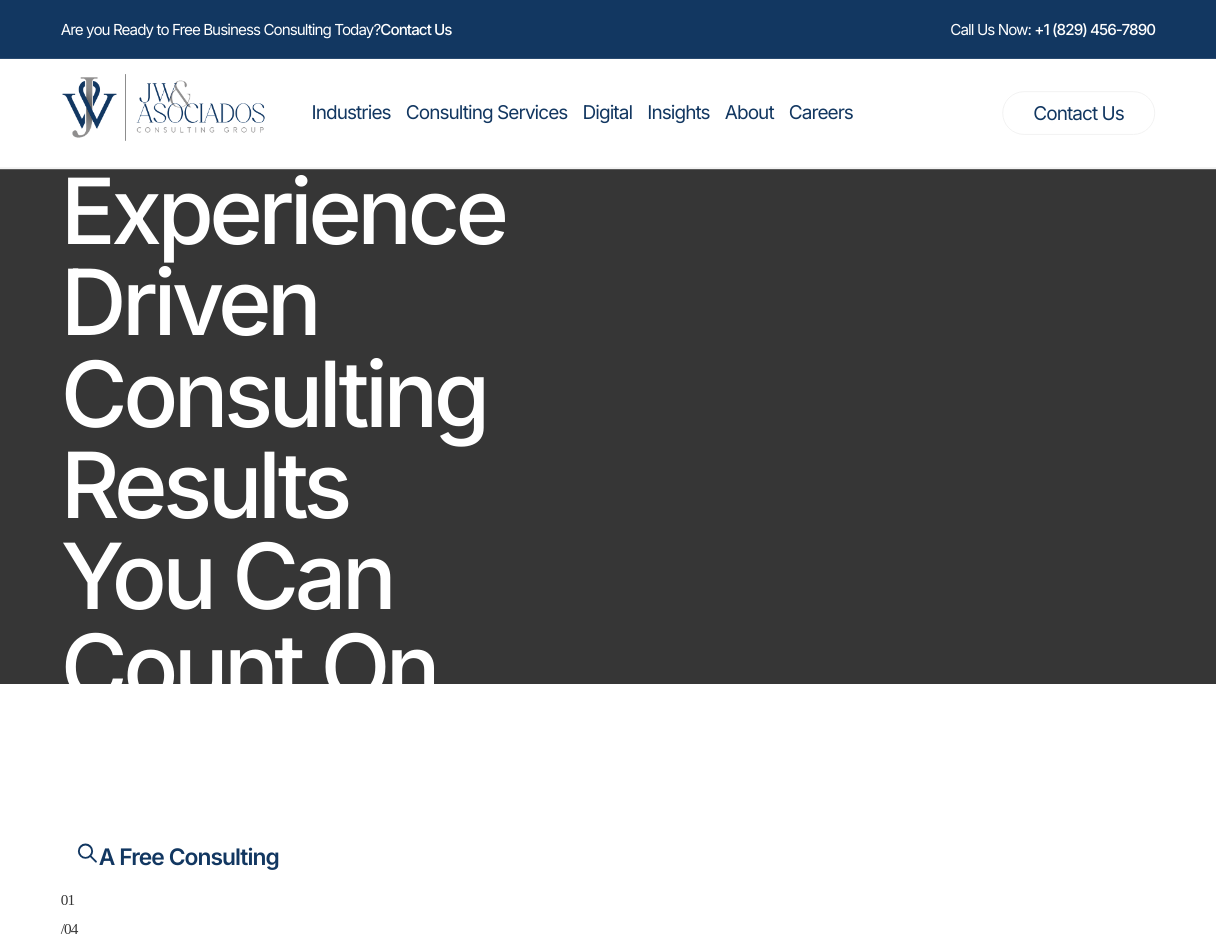
Repository: June-t/jwsyasociados
Page: /
The author's editor kept a copy of each file at every save. The page is drawn from the files as they stood at one save, then again after the next save.
The browser window is 1280 px wide. The pictures show the whole page, at 95% of full size.
The project was rebuilt for these pictures with package versions that can differ from the ones it lists, and the page was loaded fresh each time. The framework's server and built-in components were replaced by stand-ins that run in the browser. Also part of the build but not shown: next.config.ts.

Above is the page before, as saved 2025-10-22 16:01:46.

### src/app/layout.tsx
import type { Metadata } from "next";
import { Inter } from "next/font/google";
// Styles
// @ts-ignore
import "../app/style/main.css";

import Footer from "@/app/common/Footer";
import Header from "@/app/common/Header";

const inter = Inter({ subsets: ["latin"], variable: "--font-inter" });

export const metadata: Metadata = {
  title: "Create Next App",
  description: "Generated by create next app",
};

export default function RootLayout({
  children,
}: Readonly<{
  children: React.ReactNode;
}>) {
  return (
    <html lang='en'>
      <body className={`${inter.variable} antialiased`}>
        <Header />
        <main className='wrapper'>{children}</main>
        <Footer />
      </body>
    </html>
  );
}

### src/app/page.tsx
import { IconSearch } from "@tabler/icons-react";

export default function Main() {
  return (
    <>
      <section className='main__hero'>
        <div className='hero__slider'>
          <span>Smarter Strategies Stronger Businesses</span>
          <h1>
            Experience Driven <br /> Consulting Results <br /> You Can Count On
          </h1>
          <p>
            Whether you're Icmng to streamline operations, scale sustainably, or
            navigate complex challenges, our consulting services are built to
            deliver measurable results and long-term impact & hands support.
          </p>
          <a href='#'>
            <i>
              <IconSearch />
            </i>
            A Free Consulting
          </a>
        </div>
        <div className='hero__progress'>
          <div className='progress__status'>
            <span>01</span>
          </div>
          <div className='progress__line' />
          <div className='progress__total'>
            <span>/04</span>
          </div>
        </div>
      </section>
      <section className='main__about'></section>
      <section className='main__services'></section>
      <section className='main__clients'></section>
      <section className='main__work'></section>
      <section className='main__team'></section>
      <section className='main__contact'></section>
    </>
  );
}

### src/app/style/main.css
/* SETTINGS */
@import "./settings/_settings.import.css";

/* TOOLS  */
@import "./tools/_tools.import.css";

/* GENERIC  */
@import "./generic/_generic.import.css";

/* ELEMENTS  */
@import "./elements/_elements.import.css";

/* OBJECTS  */
@import "./objects/_objects.import.css";

/* COMPONENTS  */
@import "./components/_components.import.css";

/* PAGES  */
@import "./pages/_pages.import.css";

/* TRUMPS  */
@import "./trumps/_trumps.css";

### src/app/common/Footer.tsx
export default function Footer() {
  return <footer className='footer'></footer>;
}

### src/app/common/Header.tsx
import Logo from "@/app/assets/logo.png";
export default function Header() {
  return (
    <header className='header'>
      <div className='header__banner'>
        <span>
          Are you Ready to Free Business Consulting Today?
          <a href='#'>Contact Us</a>
        </span>
        <span>
          Call Us Now: <a>+1 (829) 456-7890</a>
        </span>
      </div>
      <div className='header__navegation'>
        <div className='header__logo'>
          <img src={Logo.src} alt='JWS Y Asociados Logo' />
        </div>
        <div className='header__nav'>
          <ul className='header__nav-list'>
            <li className='header__nav-item'>
              <a href='#'>Industries</a>
            </li>
            <li className='header__nav-item'>
              <a href='#'>Consulting Services</a>
            </li>
            <li className='header__nav-item'>
              <a href='#'>Digital</a>
            </li>
            <li className='header__nav-item'>
              <a href='#'>Insights</a>
            </li>
            <li className='header__nav-item'>
              <a href='#'>About</a>
            </li>
            <li className='header__nav-item'>
              <a href='#'>Careers</a>
            </li>
          </ul>
        </div>
        <div className='header__menu'>
          <button className='btn__primary'>Contact Us</button>
          <div className='btn__menu'></div>
        </div>
      </div>
    </header>
  );
}

### src/app/style/settings/_settings.import.css
@import "./_variables.css";

### src/app/style/tools/_tools.import.css
@import "./_mixins.css";

### src/app/style/generic/_generic.import.css
@import "./_base.css";
@import "./_reset.css";

### src/app/style/elements/_elements.import.css
@import "./_articles.css";

### src/app/style/objects/_objects.import.css
@import "./_object.css";

### src/app/style/components/_components.import.css
@import "./_header.css";
@import "./_footer.css";

### src/app/style/pages/_pages.import.css
@import "./_home.css";

### src/app/style/settings/_variables.css
:root {
  /* colors primary */
  --primary: #123761;
  /* colors */
  --white: #fff;
  --black: #363636;
  --gray: #8e8e8e;
  /* space */
  --wrapper-space: clamp(20px, 5vw, 100px); /* Min: 20px, Max: 200px */
  --wrapper-space-articles: 40dvh; /* Min: 20px, Max: 40dvh */
  --wrapper-space-article: 40dvh;
  --max-width: 135rem;
  /* weight */
  --w-light: 300;
  --w-regular: 400;
  --w-medium: 500;
  --w-semibold: 600;
  --w-bold: 700;
  /* z-index */
  --top: 999;
  /* font-size */
  --junicode: "Junicode VF";
  --helvetica: "Helvetica";
  /* Tipografía responsiva (sin breakpoints manuales) */
  --f-smallest: clamp(12px, 1vw + 14px, 16px); /* Min: 12px, Max: 18px */
  --f-small: clamp(14px, 1vw + 16px, 20px); /* Min: 14px, Max: 20px */
  --f-medium: clamp(16px, 1vw + 18px, 24px); /* Min: 16px, Max: 24px */
  --f-large: clamp(20px, 1.5vw + 20px, 32px); /* Min: 20px, Max: 32px */
  --f-xlarge: clamp(24px, 2vw + 24px, 40px); /* Min: 24px, Max: 40px */
  --f-xxlarge: clamp(48px, 3vw + 48px, 62px); /* Min: 48px, Max: 96px */
}

:root {
  --wrapper-space-articles: 40dvh;
  --wrapper-space-article: 40dvh;

  @media (width <= 576px) {
    --wrapper-space-articles: 2dvh;
    --wrapper-space-article: 2dvh;
  }
  @media (577px <= width <= 768px) {
    --wrapper-space-articles: 3dvh;
    --wrapper-space-article: 3dvh;
  }
  @media (769px <= width <= 992px) {
    --wrapper-space-articles: 10dvh;
    --wrapper-space-article: 10dvh;
  }

  @media (993px <= width <= 1200px) {
    --wrapper-space-articles: 10dvh;
    --wrapper-space-article: 10dvh;
  }

  @media (1201 <= width <= 1600px) {
    --wrapper-space-articles: 25dvh;
    --wrapper-space-article: 25dvh;
  }

  @media (width > 1601px) {
    --wrapper-space-articles: 40dvh;
    --wrapper-space-article: 60dvh;
  }
}

### src/app/style/tools/_mixins.css
/* Extra pequeños dispositivos (móviles, hasta 576px) */
@media (width <= 576px) {
}

/* Dispositivos pequeños (móviles grandes, entre 577px y 768px) */
@media (577px <= width <= 768px) {
}

/* Dispositivos medianos (tablets, entre 769px y 992px) */
@media (769px <= width <= 992px) {
}

/* Dispositivos grandes (desktops, entre 993px y 1200px) */
@media (993px <= width <= 1200px) {
}

/* Dispositivos extra grandes (desktops grandes, más de 1200px) */
@media (width > 1200px) {
}

### src/app/style/generic/_base.css
* {
  box-sizing: border-box;
  line-height: 30px;
  letter-spacing: -1px;
}

html,
body {
  height: auto;
  color: var(--black);
}
.wrapper {
  height: auto;
}

### src/app/style/elements/_articles.css
.lastest__content,
.news__square,
.outstanding__aside,
.news__section {
  a {
    &:hover {
      img,
      .flex {
        opacity: 0.5;
        transition: opacity ease-in-out 0.1s;
      }
      h3 {
        color: #868686 !important;
        transition: color ease-in-out 0.1s;
      }
    }
  }
}

.content__item {
  display: flex;
  flex-direction: column;
  grid-gap: 1rem;

  .item__image {
    display: flex;

    a {
      width: 100%;
    }

    img {
      height: 30dvh;
      width: 100%;
      object-fit: cover;
      border-radius: 10px;
      transition: opacity ease-in-out 0.1s;
    }
  }

  .item__information {
    display: flex;
    flex-direction: column;
    grid-gap: 10px;

    h3 {
      font-family: var(--junicode);
      font-weight: var(--w-bold);
      letter-spacing: -0.05em;
      color: var(--black);
      font-size: var(--f-large);
      line-height: 90%;
      transition: color ease-in-out 0.1s;
    }

    p {
      font-weight: var(--w-regular);
      color: #8e8e8e;
      font-size: var(--f-smallest);

      /* Clip */

      overflow: hidden;
      text-overflow: ellipsis;
      white-space: normal;
      word-break: break-word;
      line-height: 1.3;
      max-height: calc(1.3em * 2);
    }
  }
}

### src/app/style/objects/_object.css
.label {
  display: flex;
  grid-gap: 5px;

  .label__category {
    font-weight: var(--w-medium);
    font-size: var(--f-smallest);
    color: var(--primary);
  }

  .label__divider {
    display: flex;
    align-items: center;
    color: var(--primary);
  }

  .label__time {
    font-weight: var(--w-regular);
    font-size: var(--f-smallest);
    color: var(--primary);
  }
}

.seemore {
  display: flex;
  align-items: center;
}

### src/app/style/components/_header.css
.header {
  border-bottom: 2px solid #f2f2f2;
  background: var(--white);
  position: absolute;
  width: 100%;

  .header__banner {
    background: var(--primary);
    padding-inline: var(--wrapper-space);
    padding-block: 1rem;
    display: flex;
    justify-content: space-between;

    span {
      font-family: var(--font-inter);
      font-weight: var(--w-regular);
      font-size: var(--f-smallest);
      color: var(--white);
      grid-gap: 10px;

      a {
        font-family: var(--font-inter);
        font-weight: var(--w-medium);
        font-size: var(--f-smallest);
        color: var(--white);
      }
    }
  }

  .header__navegation {
    display: grid;
    grid-template-columns: max-content 1fr max-content;
    padding-inline: var(--wrapper-space);
    padding-block: 1rem;
    grid-gap: 3rem;

    .header__logo {
      img {
        width: 30dvh;
      }
    }

    .header__nav {
      .header__nav-list {
        list-style: none;
        display: flex;
        grid-gap: 1rem;
        padding: 0px;
        margin: 0px;
        height: 100%;
        align-items: center;
        justify-content: flex-start;

        .header__nav-item {
          a {
            font-weight: var(--w-regular);
            font-size: var(--f-small);
            color: var(--primary);
            font-family: var(--font-inter);
          }
        }
      }
    }

    .header__menu {
      display: flex;
      justify-content: center;
      align-items: center;

      .btn__primary {
        color: var(--primary);
        background: #0000;
        border: 1px solid #f2f2f2;
        border-radius: 2rem;
        padding: 0.8rem 2rem;
        font-family: "Inter";
        font-weight: var(--w-regular);
        font-size: var(--f-small);
        line-height: 19px;
        letter-spacing: -0.05em;
      }
    }
  }
}

### src/app/style/pages/_home.css
.main__hero {
  height: 100dvh;
  padding-inline: var(--wrapper-space);
  background: var(--black);
  padding-top: 20dvh;
  padding-bottom: 10dvh;
  display: grid;
  grid-template-rows: 1fr max-content;

  .hero__slider {
    display: flex;
    flex-direction: column;
    justify-content: center;
    width: 50%;

    h1 {
      font-family: var(--font-inter);
      font-style: normal;
      font-weight: 500;
      font-size: 96px;
      line-height: 100%;
      letter-spacing: -0.05em;
      color: var(--white);
    }

    span {
      font-family: var(--font-inter);
      font-weight: var(--w-medium);
      font-size: var(--f-large);
      color: var(--white);
    }

    p {
      font-family: var(--font-inter);
      font-size: var(--f-medium);
      color: var(--white);
      font-weight: var(--w-light);
    }

    a {
      padding: 1rem;
      background: var(--white);
      border-radius: 5rem;
      font-family: var(--font-inter);
      font-weight: var(--w-semibold);
      font-size: var(--f-medium);
      color: var(--primary);
      width: max-content;
    }
  }
}

### src/app/style/generic/_reset.css
/*! normalize.css v8.0.1 | MIT License | github.com/necolas/normalize.css */

/* Document
   ========================================================================== */

/**
 * 1. Correct the line height in all browsers.
 * 2. Prevent adjustments of font size after orientation changes in iOS.
 */

* {
  margin: 0;
  padding: 0;
  box-sizing: border-box;
}

html {
  line-height: 1.15;
  letter-spacing: -0.05em;
  /* 1 */
  -webkit-text-size-adjust: 100%;
  /* 2 */
}

a:link,
a:visited,
a:active {
  text-decoration: none;
}

iframe {
  border: 0px !important;
}

/* Sections
     ========================================================================== */

/**
   * Remove the margin in all browsers.
   */

body {
  margin: 0;
}

/**
   * Render the `main` element consistently in IE.
   */

main {
  display: block;
}

/**
   * Correct the font size and margin on `h1` elements within `section` and
   * `article` contexts in Chrome, Firefox, and Safari.
   */

blockquote {
  color: var(--white);
}

/* layout.css | http://localhost:3000/_next/static/css/app/layout.css?v=1725121113981 */

/* Grouping content
     ========================================================================== */

/**
   * 1. Add the correct box sizing in Firefox.
   * 2. Show the overflow in Edge and IE.
   */

hr {
  box-sizing: content-box;
  /* 1 */
  height: 0;
  /* 1 */
  overflow: visible;
  /* 2 */
}

/**
   * 1. Correct the inheritance and scaling of font size in all browsers.
   * 2. Correct the odd `em` font sizing in all browsers.
   */

pre {
  font-family: monospace, monospace;
  /* 1 */
  font-size: var(--body);
  /* 2 */
}

/* Text-level semantics
     ========================================================================== */

/**
   * Remove the gray background on active links in IE 10.
   */

a {
  background-color: transparent;
}

/**
   * 1. Remove the bottom border in Chrome 57-
   * 2. Add the correct text decoration in Chrome, Edge, IE, Opera, and Safari.
   */

abbr[title] {
  border-bottom: none;
  /* 1 */
  text-decoration: underline;
  /* 2 */
  text-decoration: underline dotted;
  /* 2 */
}

/**
   * Add the correct font weight in Chrome, Edge, and Safari.
   */

/**
   * 1. Correct the inheritance and scaling of font size in all browsers.
   * 2. Correct the odd `em` font sizing in all browsers.
   */

code,
kbd,
samp {
  font-family: monospace, monospace;
  /* 1 */
  font-size: var(--body);
  /* 2 */
}

/**
   * Add the correct font size in all browsers.
   */

small {
  font-size: 80%;
}

/**
   * Prevent `sub` and `sup` elements from affecting the line height in
   * all browsers.
   */

sub,
sup {
  font-size: 75%;
  line-height: 0;
  position: relative;
  vertical-align: baseline;
}

sub {
  bottom: -0.25em;
}

sup {
  top: -0.5em;
}

/* Embedded content
     ========================================================================== */

/**
   * Remove the border on images inside links in IE 10.
   */

img {
  border-style: none;
}

/* Forms
     ========================================================================== */

/**
   * 1. Change the font styles in all browsers.
   * 2. Remove the margin in Firefox and Safari.
   */

button,
input,
optgroup,
select,
textarea {
  font-family: inherit;
  /* 1 */
  font-size: 100%;
  /* 1 */
  line-height: 1.15;
  /* 1 */
  margin: 0;
  /* 2 */
}

/**
   * Show the overflow in IE.
   * 1. Show the overflow in Edge.
   */

button,
input {
  /* 1 */
  overflow: visible;
}

/**
   * Remove the inheritance of text transform in Edge, Firefox, and IE.
   * 1. Remove the inheritance of text transform in Firefox.
   */

button,
select {
  /* 1 */
  text-transform: none;
}

/**
   * Correct the inability to style clickable types in iOS and Safari.
   */

button,
[type="button"],
[type="reset"],
[type="submit"] {
  -webkit-appearance: button;
}

/**
   * Remove the inner border and padding in Firefox.
   */

button::-moz-focus-inner,
[type="button"]::-moz-focus-inner,
[type="reset"]::-moz-focus-inner,
[type="submit"]::-moz-focus-inner {
  border-style: none;
  padding: 0;
}

/**
   * Restore the focus styles unset by the previous rule.
   */

button:-moz-focusring,
[type="button"]:-moz-focusring,
[type="reset"]:-moz-focusring,
[type="submit"]:-moz-focusring {
  outline: 1px dotted ButtonText;
}

/**
   * Correct the padding in Firefox.
   */

fieldset {
  padding: 0.35em 0.75em 0.625em;
}

/**
   * 1. Correct the text wrapping in Edge and IE.
   * 2. Correct the color inheritance from `fieldset` elements in IE.
   * 3. Remove the padding so developers are not caught out when they zero out
   *    `fieldset` elements in all browsers.
   */

legend {
  box-sizing: border-box;
  /* 1 */
  color: inherit;
  /* 2 */
  display: table;
  /* 1 */
  max-width: 100%;
  /* 1 */
  padding: 0;
  /* 3 */
  white-space: normal;
  /* 1 */
}

/**
   * Add the correct vertical alignment in Chrome, Firefox, and Opera.
   */

progress {
  vertical-align: baseline;
}

/**
   * Remove the default vertical scrollbar in IE 10+.
   */

textarea {
  overflow: auto;
}

/**
   * 1. Add the correct box sizing in IE 10.
   * 2. Remove the padding in IE 10.
   */

[type="checkbox"],
[type="radio"] {
  box-sizing: border-box;
  /* 1 */
  padding: 0;
  /* 2 */
}

/**
   * Correct the cursor style of increment and decrement buttons in Chrome.
   */

[type="number"]::-webkit-inner-spin-button,
[type="number"]::-webkit-outer-spin-button {
  height: auto;
}

/**
   * 1. Correct the odd appearance in Chrome and Safari.
   * 2. Correct the outline style in Safari.
   */

[type="search"] {
  -webkit-appearance: textfield;
  /* 1 */
  outline-offset: -2px;
  /* 2 */
}

/**
   * Remove the inner padding in Chrome and Safari on macOS.
   */

[type="search"]::-webkit-search-decoration {
  -webkit-appearance: none;
}

/**
   * 1. Correct the inability to style clickable types in iOS and Safari.
   * 2. Change font properties to `inherit` in Safari.
   */

::-webkit-file-upload-button {
  -webkit-appearance: button;
  /* 1 */
  font: inherit;
  /* 2 */
}

/* Interactive
     ========================================================================== */

/*
   * Add the correct display in Edge, IE 10+, and Firefox.
   */

details {
  display: block;
}

/*
   * Add the correct display in all browsers.
   */

summary {
  display: list-item;
}

/* Misc
     ========================================================================== */

/**
   * Add the correct display in IE 10+.
   */

template {
  display: none;
}

/**
   * Add the correct display in IE 10.
   */

[hidden] {
  display: none;
}

### src/app/style/components/_footer.css
.footer {
  height: 100%;
  background: var(--black);
  display: grid;
  grid-template-rows: 1fr max-content;
  margin-top: 5rem;

  .footer__navegation {
    padding: var(--wrapper-space);
    display: grid;
    grid-template-columns: 0.5fr 1fr;

    @media (width <= 768px) {
      grid-template-columns: 1fr;
      display: grid;
      grid-gap: 2rem;
    }

    h1 {
      font-family: var(--junicode);
      font-weight: var(--w-light);
      font-size: var(--f-xxlarge);
      line-height: 80%;
      letter-spacing: -0.05em;
      color: var(--white);
    }

    .navegation__nav {
      display: flex;
      grid-gap: 10rem;
      justify-content: center;

      @media (width <= 768px) {
        grid-gap: 2rem;
        flex-wrap: wrap;
        justify-content: start;
      }

      .navegation__nav--item {
        display: flex;
        flex-direction: column;
        grid-gap: 1rem;

        span {
          font-weight: var(--w-regular);
          font-size: var(--f-smallest);

          line-height: 80%;
          letter-spacing: -0.05em;
          text-transform: uppercase;
          color: rgba(228, 225, 213, 0.4);
        }

        .links {
          display: flex;
          flex-direction: column;
          grid-gap: 10px;

          a {
            font-weight: var(--w-regular);
            font-size: var(--f-small);
            line-height: 80%;
            letter-spacing: -0.05em;
            color: var(--white);
          }
        }
      }
    }
  }

  .footer__copyright {
    display: flex;
    justify-content: space-between;
    border-top: 1px solid color-mix(in srgb, var(--white) 10%, transparent);
    padding-block: 2rem;
    padding-inline: var(--wrapper-space);

    @media (width <= 768px) {
      grid-gap: 1rem;
      flex-wrap: wrap;
    }

    span {
      font-weight: var(--w-regular);
      letter-spacing: -0.05em;
      color: var(--white);
      font-size: var(--f-smallest);
    }

    .copyright__links {
      display: flex;
      grid-gap: 1rem;

      a {
        font-weight: var(--w-regular);
        letter-spacing: -0.05em;
        color: var(--white);
        font-size: var(--f-smallest);
      }
    }
  }
}

Loaded but not shown: src/app/style/trumps/_trumps.css (no copy from this time; the picture is the same without it)

After the next save:
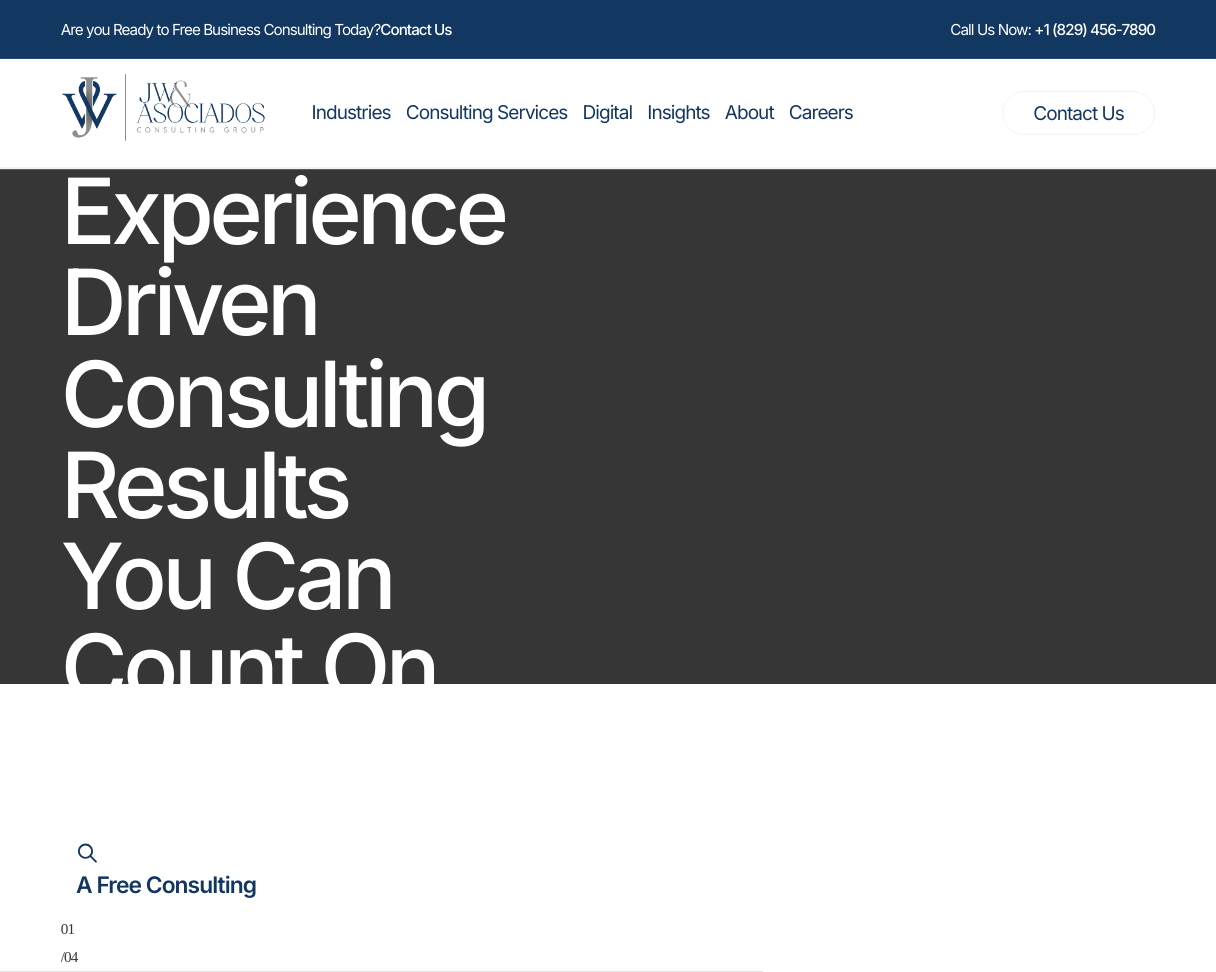
Saved 32 s later.
--- a/src/app/page.tsx
+++ b/src/app/page.tsx
@@ -14,10 +14,10 @@
             navigate complex challenges, our consulting services are built to
             deliver measurable results and long-term impact & hands support.
           </p>
-          <a href='#'>
-            <i>
+          <a href='#' className='btn__primary--search'>
+            <div className=''>
               <IconSearch />
-            </i>
+            </div>
             A Free Consulting
           </a>
         </div>
